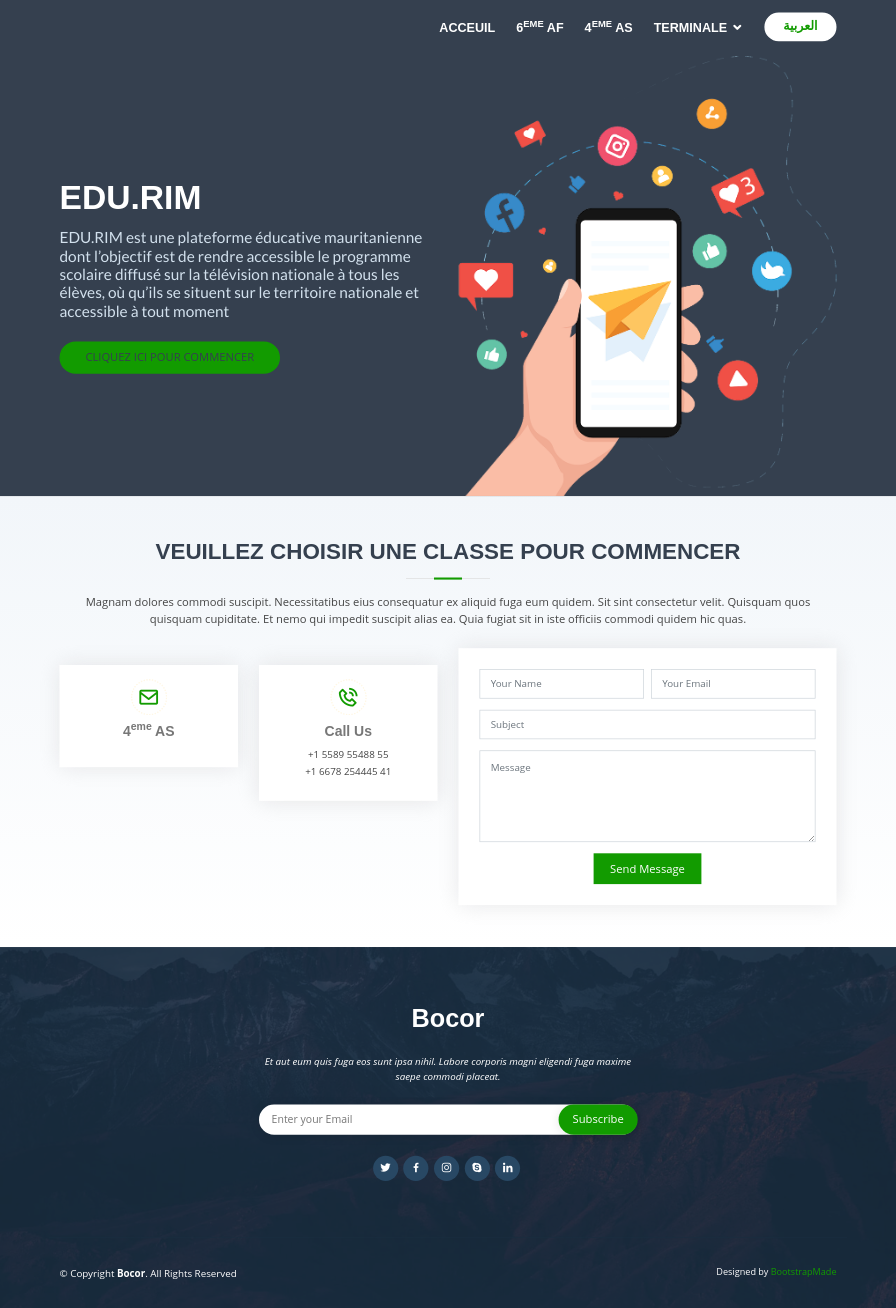
Repository: athiemohamed/courat
Page: http://localhost/
These files come from the project's save history. The page is drawn as it stood at one moment and after the next save; the edit follows.
The browser window is 1280 px wide. The pictures show the whole page, at 70% of full size.
Some web fonts or font styles are not loaded; a fallback is used. The page is run by PHP 8.4 with error messages shown; the project is at /var/www/html/.

Above is the page before, as saved 2020-03-26 12:12:57.

After the next save:
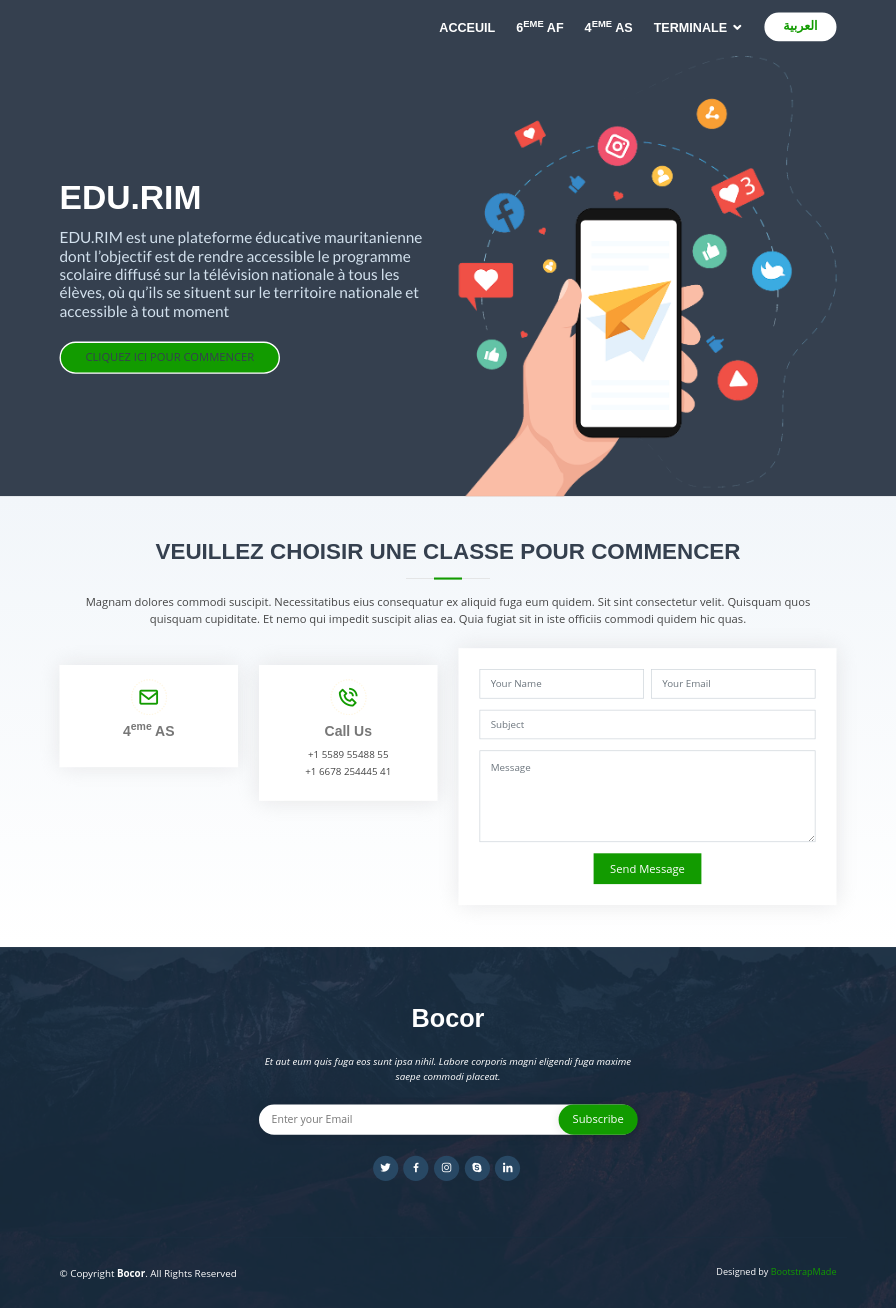
Saved 22 s later.
--- a/assets/css/style.css
+++ b/assets/css/style.css
@@ -384,7 +384,7 @@ h1, h2, h3, h4, h5, h6 {
   color: #35404f;
   border-radius: 50px;
   padding: 8px 35px 10px 35px;
-  border: 2px solid #129b00;
+  border: 2px solid #fff;
   transition: all ease-in-out 0.3s;
   display: inline-block;
   background: #129b00;
